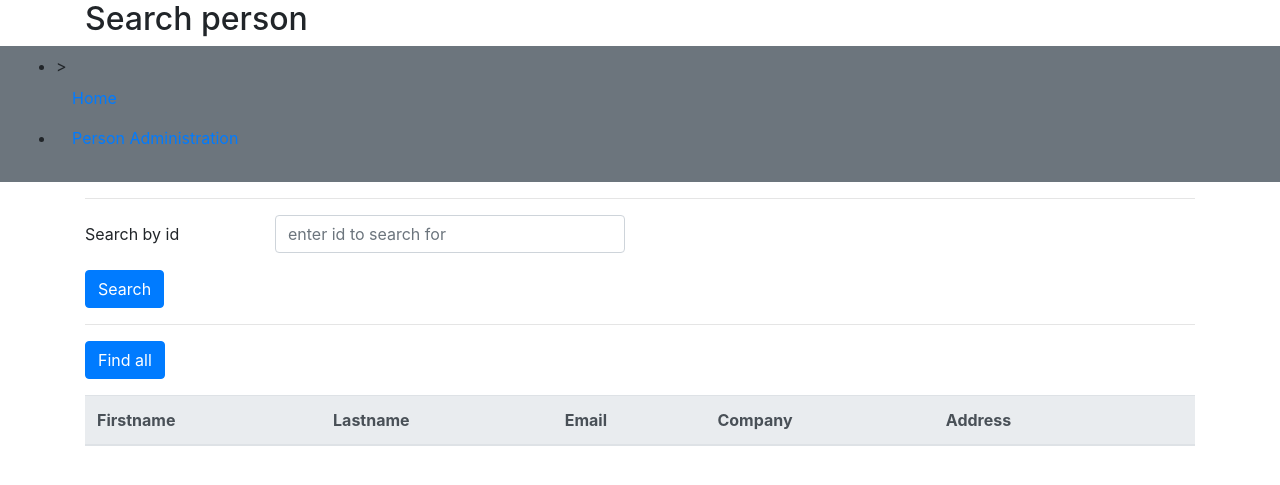
Repository: bvanrooy/exspring
Page: http://localhost/searchperson
The author's editor kept a copy of each file at every save. The page is drawn from the files as they stood at one save, then again after the next save.
The browser window is 1280 px wide. The pictures show the whole page.
The page is this project's Thymeleaf template; nobody is signed in. The template is opened directly, without the code that normally fills it, so the values that code supplies are empty.

Above is the page before, as saved 2020-10-07 12:51:54.

After the next save:
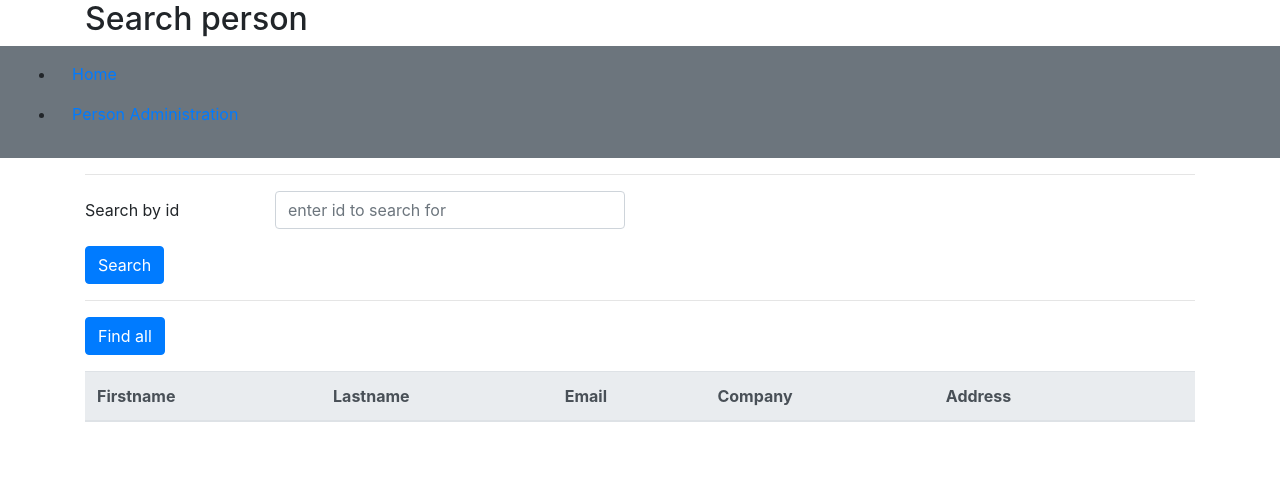
Saved 17 s later.
--- a/ExB3/src/main/resources/templates/searchperson.html
+++ b/ExB3/src/main/resources/templates/searchperson.html
@@ -14,7 +14,7 @@
 	</div>
 	<nav class="navbar navbar-expand-sm navbar-dark bg-secondary">
 		<ul>
-			<li>><a class="nav-link" href="./index">Home</a></li>
+			<li><a class="nav-link" href="./index">Home</a></li>
 			<li><a class="nav-link" href="./personadmin">Person
 					Administration</a></li>
 		</ul>
